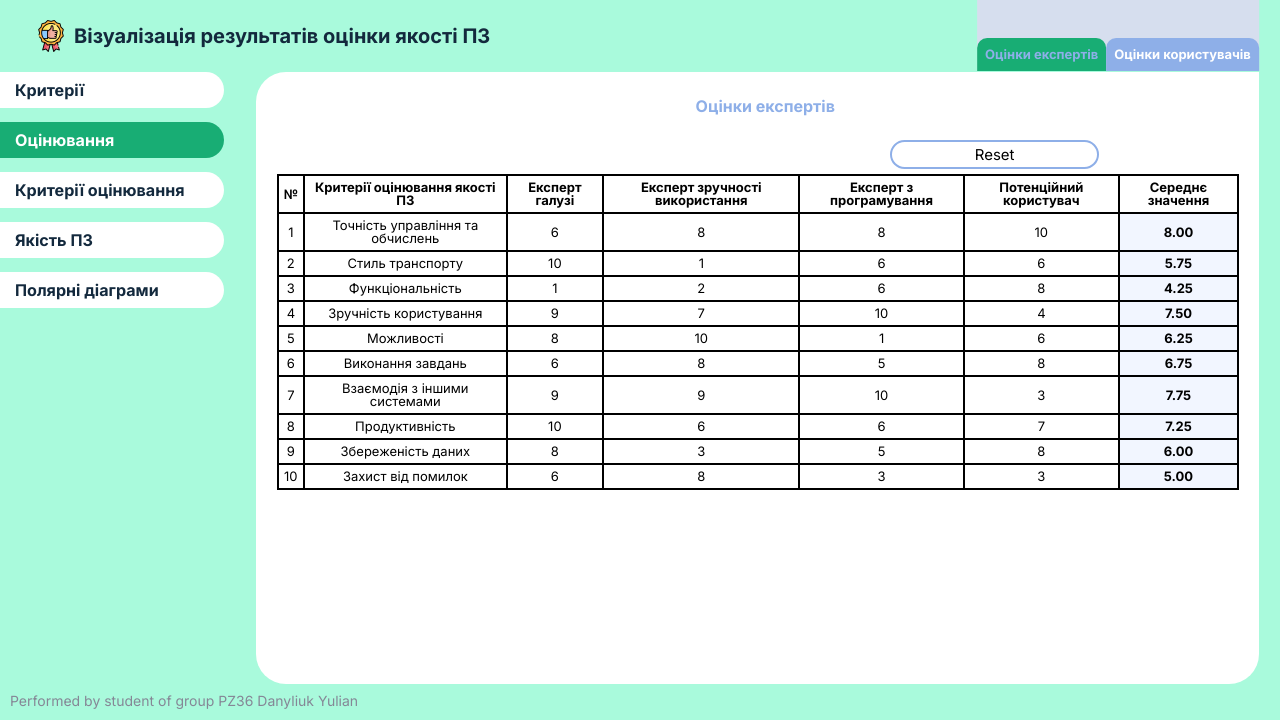
Repository: Akmitliviy/SA
Page: Lab06/lab6/Evaluation.html
These files come from the project's save history. The page is drawn as it stood at one moment and after the next save; the edit follows.
The browser window is 1280 px wide. The pictures show the whole page.

Above is the page before, as saved 2023-12-07 00:12:13.

After the next save:
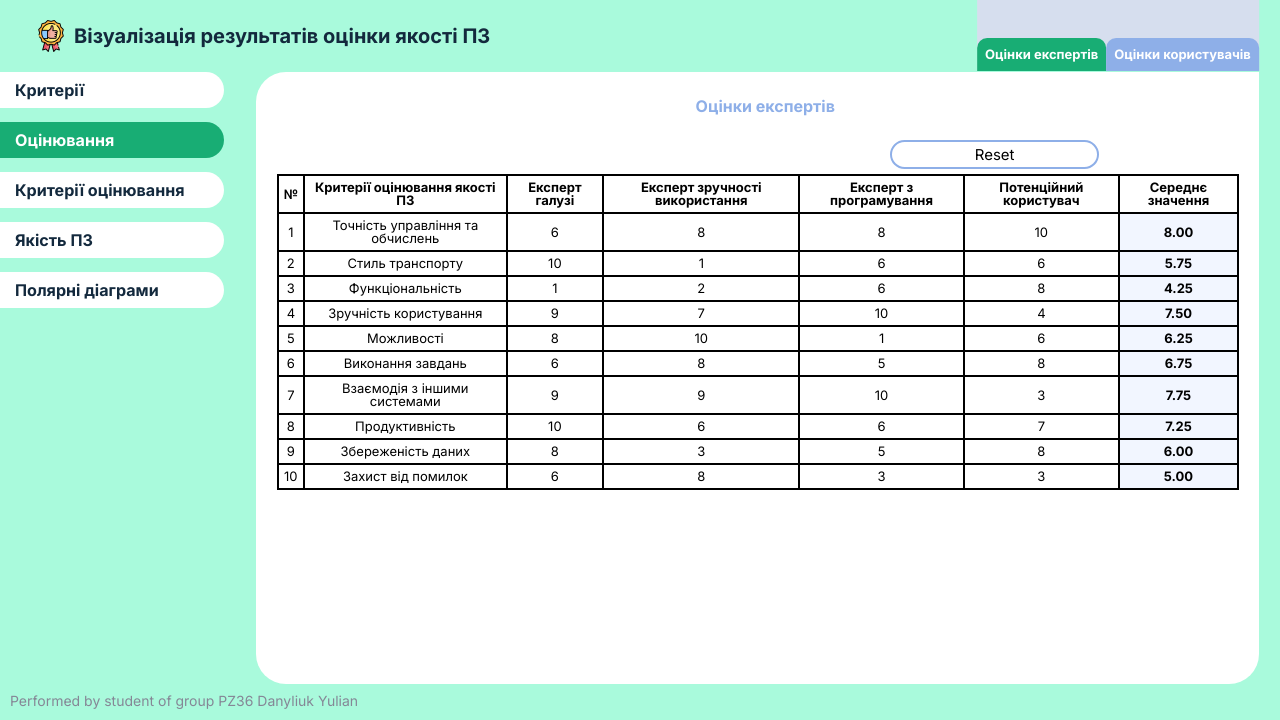
Saved 22 s later.
--- a/Lab06/lab6/js/tabs.js
+++ b/Lab06/lab6/js/tabs.js
@@ -12,7 +12,7 @@ function openPage(pageName, elmnt) {
   var selectedPage = document.getElementById(pageName);
   selectedPage.style.display = "flex";
   elmnt.style.backgroundColor = "rgb(24, 173, 116)";
-  elmnt.style.color = "#8EAFE8";
+  elmnt.style.color = "white";
 }
 
 // Get the element with id="defaultOpen" and click on it
